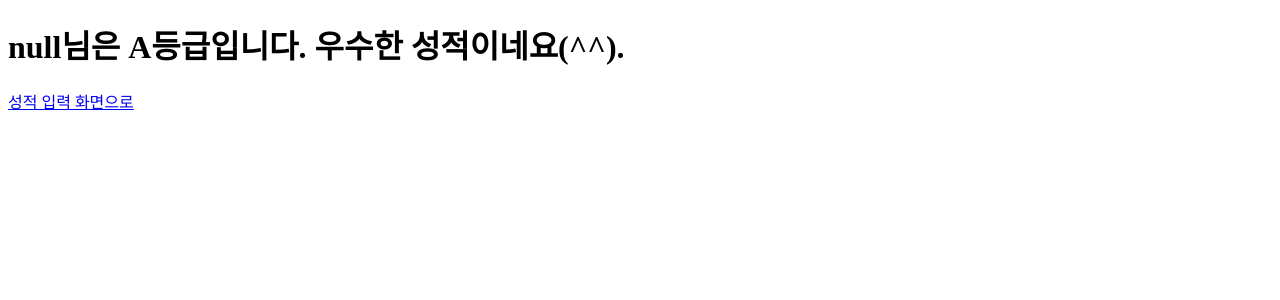
Repository: kdg0109/multicampus_course
Page: http://localhost/mvc/jspexam/productlog.jsp
An editor plug-in stored every save of this project. The page is shown before and after the next save, followed by the edit.
The browser window is 1280 px wide. The pictures show the whole page.
The page is served by Tomcat 9. Other server files are loaded and not shown.

Above is the page before, as saved 2018-02-09 05:27:47.

### web course/workspace_web/mvc/WebContent/jspexam/productlog.jsp
<%@ page language="java" contentType="text/html; charset=UTF-8"
    pageEncoding="UTF-8"%>
<!DOCTYPE html>
<html>
<head>
<meta charset="UTF-8">
<title>성적 결과</title>
</head>
<body>
<h1><%= request.getParameter("result")%>님은 A등급입니다. 우수한 성적이네요(^^).<br></h1>
<a	href="/mvc/htmlexam/eduForm.html">성적 입력 화면으로</a>
</body>
</html>

After the next save:
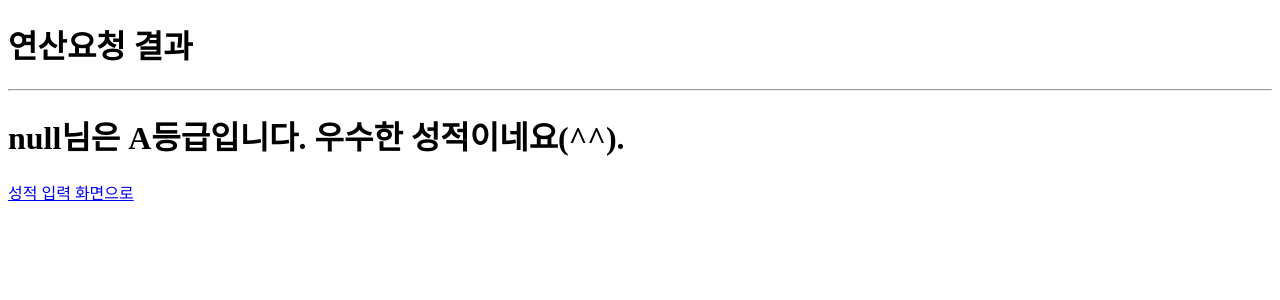
Saved 14 s later.
--- a/web course/workspace_web/mvc/WebContent/jspexam/productlog.jsp
+++ b/web course/workspace_web/mvc/WebContent/jspexam/productlog.jsp
@@ -7,6 +7,8 @@
 <title>성적 결과</title>
 </head>
 <body>
+	<h1>연산요청 결과</h1>
+	<hr>
 <h1><%= request.getParameter("result")%>님은 A등급입니다. 우수한 성적이네요(^^).<br></h1>
 <a	href="/mvc/htmlexam/eduForm.html">성적 입력 화면으로</a>
 </body>
